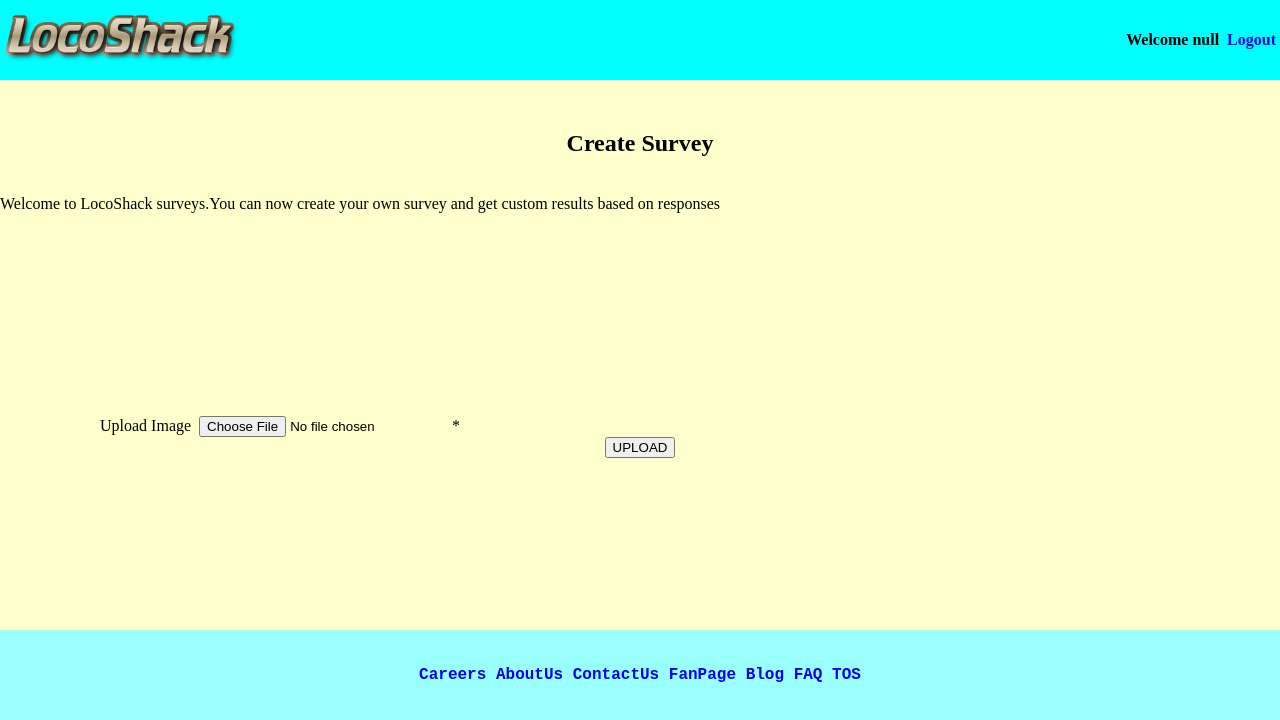
Repository: nicks707/LocoShack_TGMC-project
Page: http://localhost/ram/createsurvey.jsp
The author's editor kept a copy of each file at every save. The page is drawn from the files as they stood at one save, then again after the next save.
The browser window is 1280 px wide. The pictures show the whole page.
The page is served by Tomcat 9.

Above is the page before, as saved 2012-03-21 05:53:51.

After the next save:
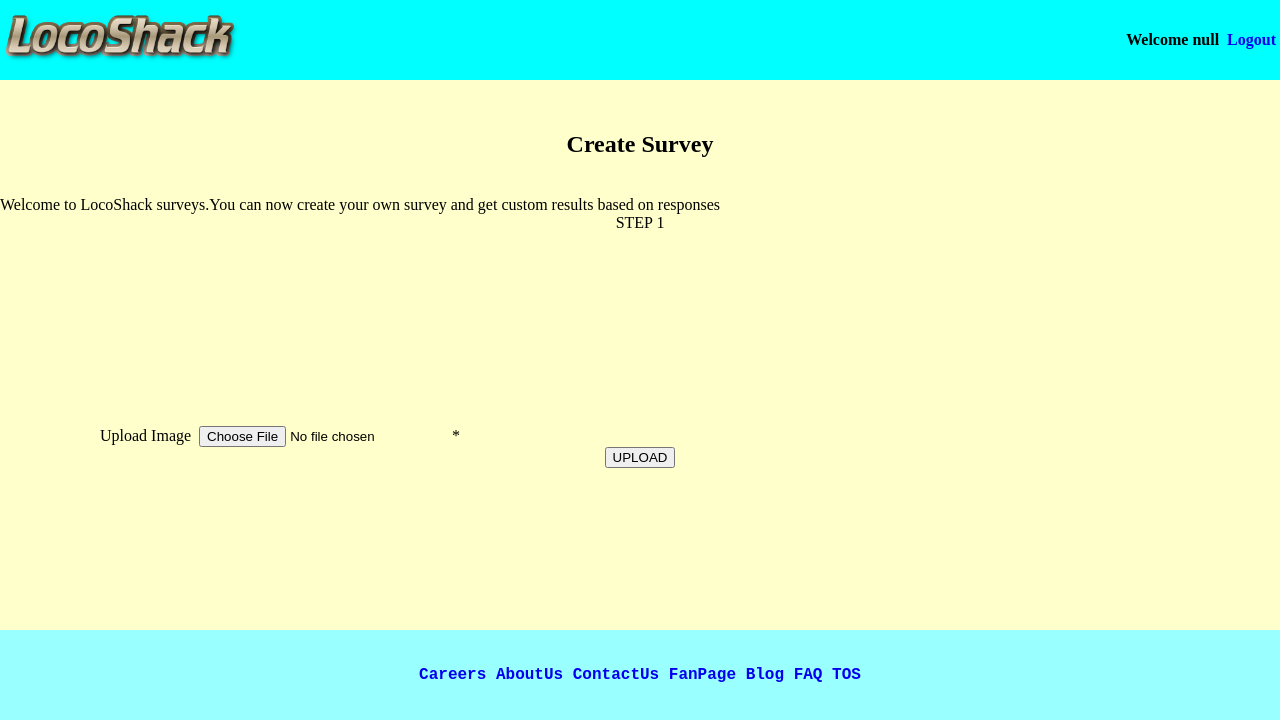
Saved 36 s later.
--- a/ram/WebContent/createsurvey.jsp
+++ b/ram/WebContent/createsurvey.jsp
@@ -35,6 +35,7 @@ return false;
 <tr><td>
 <center><b><h2>Create Survey</h2></b></center><br/>
 Welcome to LocoShack surveys.You can now create your own survey and get custom results based on responses<br/>
+<center>STEP 1</center>
 </td></tr>
 <tr><td style="padding:100px;">
 <form name="myform" onsubmit=" return checkfield();"  enctype="multipart/form-data" action="FileUploadServlet2" method="post">
